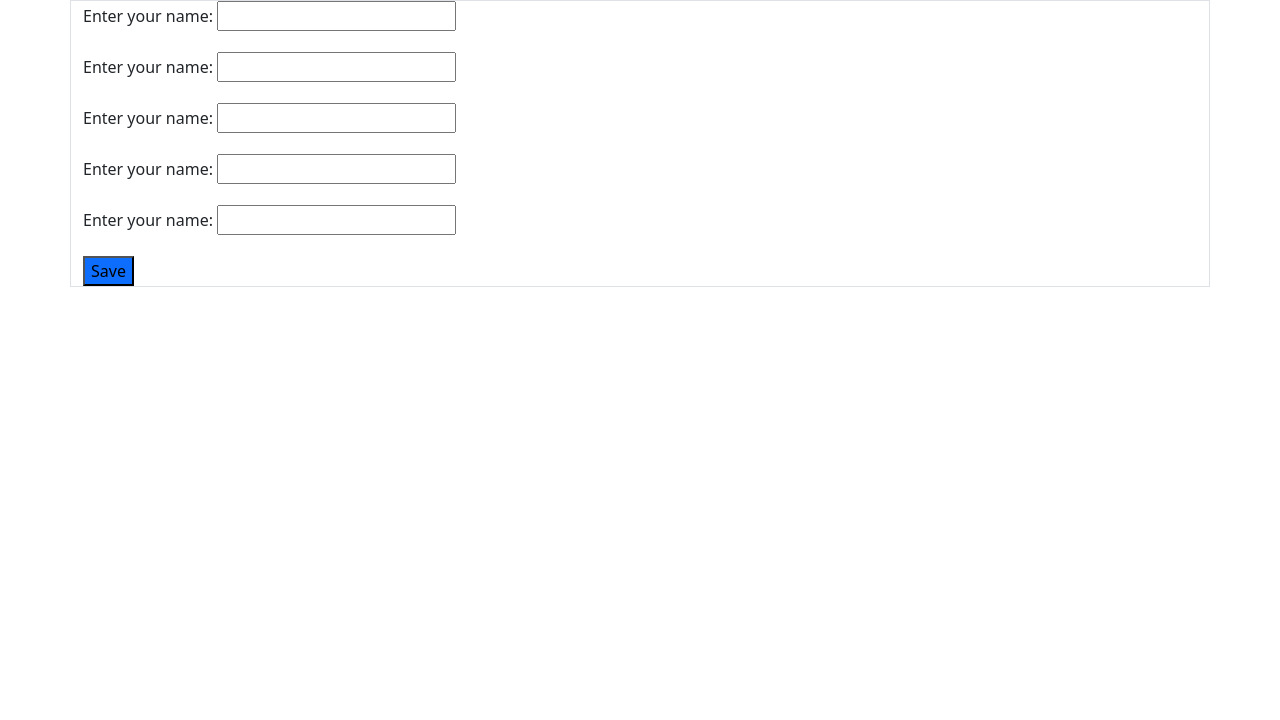
Repository: Abdulahi338/mp3-player-using-js
Page: Bootstrap/form.html
These files come from the project's save history. The page is drawn as it stood at one moment and after the next save; the edit follows.
The browser window is 1280 px wide. The pictures show the whole page.

Above is the page before, as saved 2025-02-01 14:29:28.

### Bootstrap/form.html
<!DOCTYPE html>
<html lang="en">
<head>
    <meta charset="UTF-8">
    <meta name="viewport" content="width=device-width, initial-scale=1.0">
    <title>Document</title>
    <link href="https://cdn.jsdelivr.net/npm/bootstrap@5.0.2/dist/css/bootstrap.min.css" rel="stylesheet" integrity="sha384-EVSTQN3/azprG1Anm3QDgpJLIm9Nao0Yz1ztcQTwFspd3yD65VohhpuuCOmLASjC" crossorigin="anonymous">
</head>
<body>
    <div class="container my-10 bg-white border">
        <div class="col-6  p-10">
            <form action="">
                <div class="mb-3">
                    <label for="name" class="form-label">Enter your name:</label>
                    <input type="text" class="form_control" name="" id="">
                </div>
                <div class="mb-3">
                    <label for="name" class="form-label">Enter your name:</label>
                    <input type="text" class="form_control" name="" id="">
                </div>
                <div class="mb-3">
                    <label for="name" class="form-label">Enter your name:</label>
                    <input type="text" class="form_control" name="" id="">
                </div>
                <div class="mb-3">
                    <label for="name" class="form-label">Enter your name:</label>
                    <input type="text" class="form_control" name="" id="">
                </div>
                <div class="mb-3">
                    <label for="name" class="form-label">Enter your name:</label>
                    <input type="text" class="form_control" name="" id="">
                </div>
                <div>
                    <button type="submit" class="bg-primary width=50px">Save</button>
                </div>

            </form>

        </div>
    </div>
    <script src="https://cdn.jsdelivr.net/npm/bootstrap@5.0.2/dist/js/bootstrap.bundle.min.js" integrity="sha384-MrcW6ZMFYlzcLA8Nl+NtUVF0sA7MsXsP1UyJoMp4YLEuNSfAP+JcXn/tWtIaxVXM" crossorigin="anonymous"></script>
</body>
</html>

After the next save:
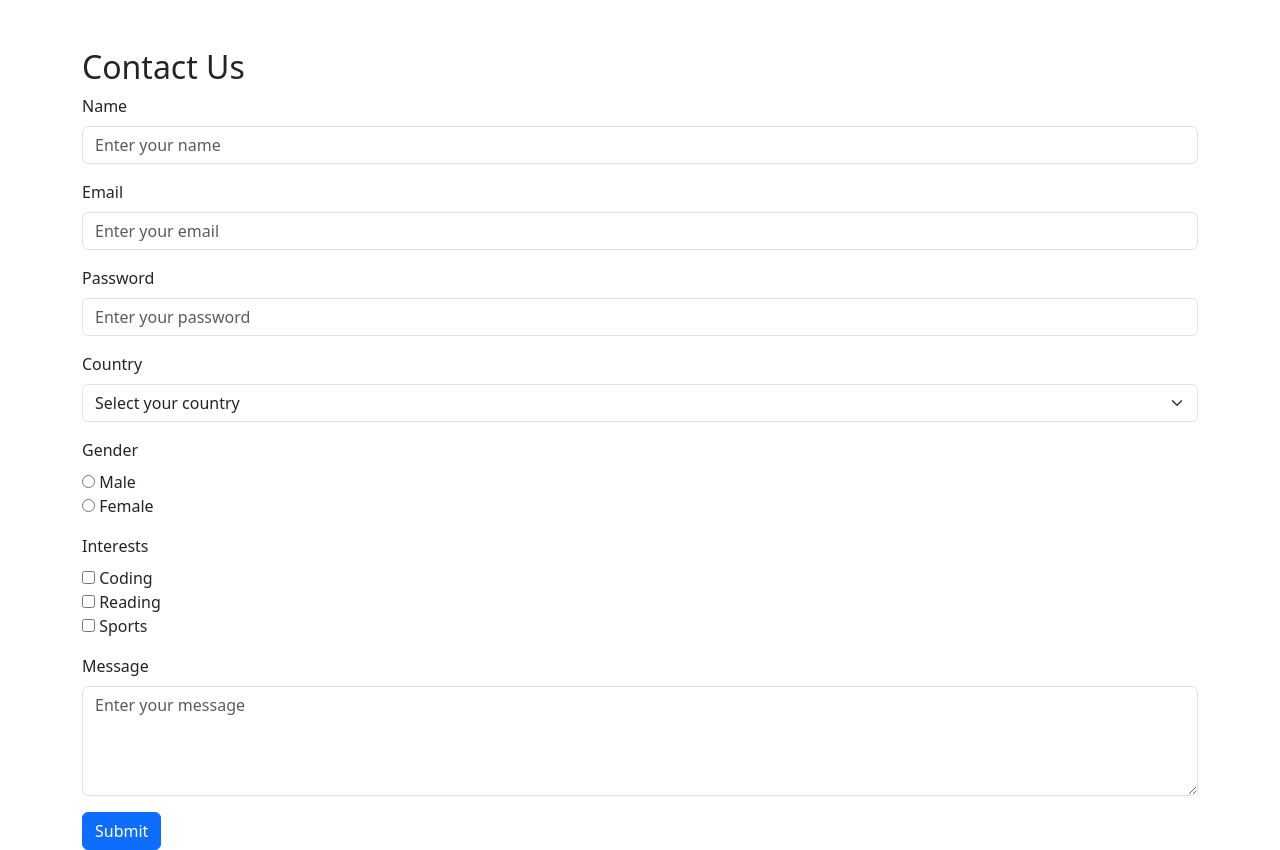
Saved 46 s later.
--- a/Bootstrap/form.html
+++ b/Bootstrap/form.html
@@ -1,43 +1,87 @@
 <!DOCTYPE html>
 <html lang="en">
 <head>
-    <meta charset="UTF-8">
-    <meta name="viewport" content="width=device-width, initial-scale=1.0">
-    <title>Document</title>
-    <link href="https://cdn.jsdelivr.net/npm/bootstrap@5.0.2/dist/css/bootstrap.min.css" rel="stylesheet" integrity="sha384-EVSTQN3/azprG1Anm3QDgpJLIm9Nao0Yz1ztcQTwFspd3yD65VohhpuuCOmLASjC" crossorigin="anonymous">
+  <meta charset="UTF-8">
+  <meta name="viewport" content="width=device-width, initial-scale=1.0">
+  <title>Sample Form</title>
+  <!-- Optional: Add Bootstrap for styling -->
+  <link href="https://cdn.jsdelivr.net/npm/bootstrap@5.3.0/dist/css/bootstrap.min.css" rel="stylesheet">
 </head>
 <body>
-    <div class="container my-10 bg-white border">
-        <div class="col-6  p-10">
-            <form action="">
-                <div class="mb-3">
-                    <label for="name" class="form-label">Enter your name:</label>
-                    <input type="text" class="form_control" name="" id="">
-                </div>
-                <div class="mb-3">
-                    <label for="name" class="form-label">Enter your name:</label>
-                    <input type="text" class="form_control" name="" id="">
-                </div>
-                <div class="mb-3">
-                    <label for="name" class="form-label">Enter your name:</label>
-                    <input type="text" class="form_control" name="" id="">
-                </div>
-                <div class="mb-3">
-                    <label for="name" class="form-label">Enter your name:</label>
-                    <input type="text" class="form_control" name="" id="">
-                </div>
-                <div class="mb-3">
-                    <label for="name" class="form-label">Enter your name:</label>
-                    <input type="text" class="form_control" name="" id="">
-                </div>
-                <div>
-                    <button type="submit" class="bg-primary width=50px">Save</button>
-                </div>
+  <div class="container mt-5">
+    <h2>Contact Us</h2>
+    <form action="/submit-form" method="POST">
+      <!-- Text Input -->
+      <div class="mb-3">
+        <label for="name" class="form-label">Name</label>
+        <input type="text" class="form-control" id="name" name="name" placeholder="Enter your name" required>
+      </div>
 
-            </form>
+      <!-- Email Input -->
+      <div class="mb-3">
+        <label for="email" class="form-label">Email</label>
+        <input type="email" class="form-control" id="email" name="email" placeholder="Enter your email" required>
+      </div>
 
+      <!-- Password Input -->
+      <div class="mb-3">
+        <label for="password" class="form-label">Password</label>
+        <input type="password" class="form-control" id="password" name="password" placeholder="Enter your password" required>
+      </div>
+
+      <!-- Dropdown (Select) -->
+      <div class="mb-3">
+        <label for="country" class="form-label">Country</label>
+        <select class="form-select" id="country" name="country" required>
+          <option value="">Select your country</option>
+          <option value="usa">United States</option>
+          <option value="canada">Canada</option>
+          <option value="uk">United Kingdom</option>
+        </select>
+      </div>
+
+      <!-- Radio Buttons -->
+      <div class="mb-3">
+        <label class="form-label">Gender</label>
+        <div>
+          <input type="radio" id="male" name="gender" value="male" required>
+          <label for="male">Male</label>
         </div>
-    </div>
-    <script src="https://cdn.jsdelivr.net/npm/bootstrap@5.0.2/dist/js/bootstrap.bundle.min.js" integrity="sha384-MrcW6ZMFYlzcLA8Nl+NtUVF0sA7MsXsP1UyJoMp4YLEuNSfAP+JcXn/tWtIaxVXM" crossorigin="anonymous"></script>
+        <div>
+          <input type="radio" id="female" name="gender" value="female" required>
+          <label for="female">Female</label>
+        </div>
+      </div>
+
+      <!-- Checkboxes -->
+      <div class="mb-3">
+        <label class="form-label">Interests</label>
+        <div>
+          <input type="checkbox" id="coding" name="interests" value="coding">
+          <label for="coding">Coding</label>
+        </div>
+        <div>
+          <input type="checkbox" id="reading" name="interests" value="reading">
+          <label for="reading">Reading</label>
+        </div>
+        <div>
+          <input type="checkbox" id="sports" name="interests" value="sports">
+          <label for="sports">Sports</label>
+        </div>
+      </div>
+
+      <!-- Textarea -->
+      <div class="mb-3">
+        <label for="message" class="form-label">Message</label>
+        <textarea class="form-control" id="message" name="message" rows="4" placeholder="Enter your message" required></textarea>
+      </div>
+
+      <!-- Submit Button -->
+      <button type="submit" class="btn btn-primary">Submit</button>
+    </form>
+  </div>
+
+  <!-- Optional: Add Bootstrap JS for interactive components -->
+  <script src="https://cdn.jsdelivr.net/npm/bootstrap@5.3.0/dist/js/bootstrap.bundle.min.js"></script>
 </body>
 </html>
